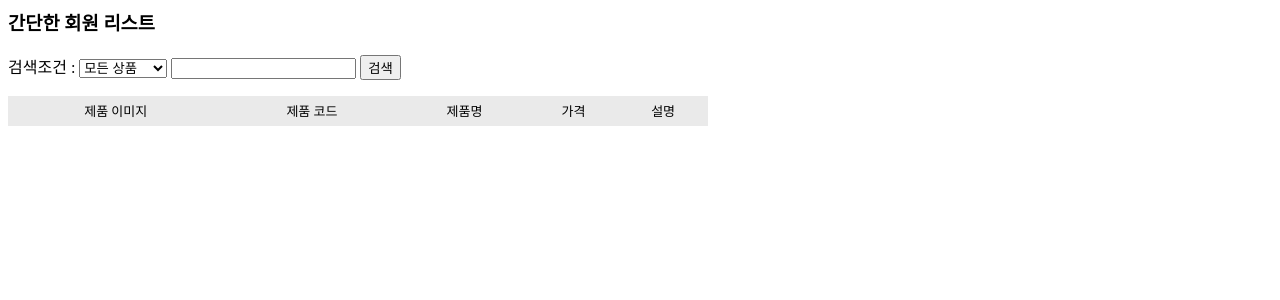
Repository: sjeong12/Photos
Page: http://localhost/LSJ_PHOTO/admin/productList.jsp
The author's editor kept a copy of each file at every save. The page is drawn from the files as they stood at one save, then again after the next save.
The browser window is 1280 px wide. The pictures show the whole page.
The page is served by Tomcat 9. Other server files are loaded and not shown. Queries for data that is not in the repository find no rows.

Above is the page before, as saved 2016-12-07 05:55:04.

### LSJ_PHOTO/WebContent/admin/productList.jsp
<%@ page language="java" import="java.sql.*" contentType="text/html; charset=utf-8" pageEncoding="utf-8" %>
<% request.setCharacterEncoding("utf-8"); %>
<HTML><HEAD>
<TITLE>간단한 회원 리스트</TITLE></HEAD>
<H3>간단한 회원 리스트</H3>

<BODY>

<%
    //String in_usernm = request.getParameter("search_value");
    //if (in_usernm == null) in_usernm = "";

    String in_search_key   = request.getParameter("search_key");
	String in_search_value = request.getParameter("search_value");
    //  페이지 번호 – 없으면(처음) 1, 아니면 전달 받은 페이지
    String strPageNum = request.getParameter("PageNum");     // paging
    // 표시할 목록의 개수 – 없으면 지정하여 사용
  	String strPageSize = request.getParameter("PageSize");   // paging
  	if (in_search_key   == null) in_search_key   = "";
 	if (in_search_value == null) in_search_value = "";
    if (strPageNum == null) strPageNum = "1";        // paging
    if (strPageSize == null) strPageSize = "10";      // paging    이 크기는 화면 사이즈에 따라 다름
    int currentPage = Integer.parseInt(strPageNum);  // paging  현재 선택 페이지 값 INT 로 변경
    int pageSize = Integer.parseInt(strPageSize);     // paging    목록의 갯수 INT로 변경
%>

<FORM NAME = frm_s  ACTION="deleteProduct.jsp" METHOD=post>
검색조건 : <SELECT NAME=search_key>

<OPTION VALUE = ""
	<%
 	     if (in_search_key.equals("")) out.print(" selected");
	%>
    >모든 상품</OPTION>
<OPTION VALUE = "1"
	<%
 	     if (in_search_key.equals("1")) out.print(" selected");
	%>
    >액자</OPTION>
<OPTION VALUE = "2"
    <%
         if (in_search_key.equals("2")) out.print(" selected");
    %>
  >앨범</OPTION>
 <OPTION VALUE = "3"
    <%
         if (in_search_key.equals("3")) out.print(" selected");
    %>
  >디자인 소품</OPTION>


   </SELECT>
 <INPUT TYPE=text NAME=search_value VALUE="<%= in_search_value %>">
<INPUT TYPE=submit VALUE="검색">
</FORM>




<TABLE border = "0" cellspacing = "0" cellpadding = "2" width = "700">

<TR bgcolor = "EAEAEA" height="30">
<TD><font size = 2><center>제품 이미지</center></font></TD>
<TD><font size = 2><center>제품 코드</center></font></TD>
<TD><font size = 2><center>제품명</center></font></TD>
<TD><font size = 2><center>가격</center></font></TD>
<TD><font size = 2><center>설명</center></font></TD>
</TR>
<%
Class.forName("com.microsoft.sqlserver.jdbc.SQLServerDriver");
String connectionURL = "jdbc:sqlserver://localhost:1433;databaseName=DBPstudio;user=sa;password=11";
Connection con = DriverManager.getConnection(connectionURL);

ResultSet rs = null;   // 데이터 베이스에서 가져온 정보를 저장하는 객체
ResultSet rs2 = null;      // paging    rs 객체 하나 더 생성

     Statement stmt = con.createStatement();
   //String SQL = "select userid, usernm, gender, jumin, jobcd from members order by userid";


     String SQL = "SELECT * ";

if (in_search_key.equals("")){
	SQL = SQL + "from Product ";
    SQL = SQL + "where Product_Name LIKE '%" + in_search_value + "%'";
    SQL = SQL + "or Product_Code Like '%" + in_search_value + "%' ";
}
else if (in_search_key.equals("1")){
	SQL = SQL + "from Product P, Sub_Category S ";
    SQL = SQL + "where (P.Product_Name LIKE '%" + in_search_value + "%' ";
    SQL = SQL + "or P.Product_Code Like '%" + in_search_value + "%') ";
    SQL = SQL + "and (P.SubCategory_Num = S.Sub_Category_Num) ";
	SQL = SQL + "and (S.Category_Num = '1') ";
}
else if (in_search_key.equals("2")){
	SQL = SQL + "from Product P, Sub_Category S ";
    SQL = SQL + "where (P.Product_Name LIKE '%" + in_search_value + "%' ";
    SQL = SQL + "or P.Product_Code Like '%" + in_search_value + "%') ";
    SQL = SQL + "and (P.SubCategory_Num = S.Sub_Category_Num) ";
	SQL = SQL + "and (S.Category_Num = '2') ";
}
else if (in_search_key.equals("3")){
	SQL = SQL + "from Product P, Sub_Category S ";
    SQL = SQL + "where (P.Product_Name LIKE '%" + in_search_value + "%' ";
    SQL = SQL + "or P.Product_Code Like '%" + in_search_value + "%') ";
	SQL = SQL + "and (P.SubCategory_Num = S.Sub_Category_Num) ";
	SQL = SQL + "and (S.Category_Num = '3') ";
}
	SQL = SQL + "order by Product_Name ";


     // 페이징을 이용하기 위한 MSSQL 함수로 페이지를 계산한다.
     String SQL2 = SQL;                             //  위의 기존 SQL 에 더 추가       // paging
     SQL2 = SQL2 + "OFFSET "+ ( currentPage - 1 ) * pageSize + " ROWS ";   // paging
     SQL2 = SQL2 + "FETCH NEXT " + pageSize + " ROWS ONLY ";                // paging
       // 전체 카운트를 가져오기위한 sql을 실행해야한다.
      rs2 = stmt.executeQuery(SQL);   // select 문                             //paging
      int totalRecords = 0;                                                             //paging
      while(rs2.next()){       // 처음부터 끝까지                                  //paging
      totalRecords++;       // 전체 레코드 수 카운트                             //paging
      }


   // 페이지가 계산된 목록을 가져오는 SQL2를 실행한다.
      rs = stmt.executeQuery(SQL2);    //  SQL2=기존 SQL + 페이징 SQL      // paging

   while(rs.next())
   {
       String image= rs.getString("Product_Image");
       String code= rs.getString("Product_Code");
       String name= rs.getString("Product_Name");
       int price= rs.getInt("product_Price");
       String Info= rs.getString("Product_Info");

   %>
      <TR onmouseover="this.style.backgroundColor='orange';"
      onmouseout="this.style.backgroundColor='white'; " >  <TD>
      <a href="member_update.jsp?puserid=<%= code %>">
      <img src="/LSJ_PHOTO/productImage/<%= image %>" border="0" width="100"/>
      </a>
      </TD>
               <TD><font size = 2> <%= code%> </font></TD>
               <TD><font size = 2> <%= name%> </font></TD>
               <TD><font size = 2> &nbsp;&nbsp;<%= price %>&nbsp;&nbsp; </font></TD>
               <TD><font size = 2> <%= Info%> </font></TD> </TR>
   <% } %>

</TABLE>
<%
int intTotPages= 0; // 총 페이지 수 계산
int intR= totalRecords % pageSize;   // 6 % 3 = 0
if(intR == 0) {
intTotPages = totalRecords / pageSize;
}
else  {   // 7 % 3 != 0
intTotPages = totalRecords / pageSize + 1;  // 나머지가 0 아니면 총 페이지수는 몫 + 1
}

int intGrpSize  = 2; // 그룹 수 설정 - 화면에 보여질 그룹  수
int currentGrp  = 0; // 현 그룹 No.
intR= currentPage % intGrpSize;     // 3 % 2 = ?
if(intR == 0) {
currentGrp= currentPage / intGrpSize;  //4/2=2 그룹
}
else  {   // 3/2 =1 +1 =2그룹
currentGrp= currentPage / intGrpSize + 1;
}
//Page 282
int intGrpStartPage= (currentGrp  - 1) * intGrpSize + 1;   // 2그룹일 때 (2-1)*2+1=3
int intGrpEndPage=  currentGrp * intGrpSize;                  // 2그룹일 때  2*2=4
if (intGrpEndPage > intTotPages){    //  그룹의 끝 페이지가 총 페이지수보다 크면
intGrpEndPage= intTotPages;           //  끝 페이지 수가 총 페이지 수
}

if (currentGrp > 1){    //  그룹 2부터는 이전 페이지 표시
%>
 [<A href="deleteProduct.jsp?PageNum=<%= intGrpStartPage - 1 %>">이전</A>]
<%                                                               // 이전 이니까 -1
}

int intGrpPageCount= intGrpSize; // 그룹 당 페이지 수
int intIndex= intGrpStartPage; // 현 그룹 시작 페이지
while (intGrpPageCount > 0 && intIndex <= intGrpEndPage){
%>
[<A href="deleteProduct.jsp?PageNum=<%= intIndex %>"><%= intIndex %></A>] &nbsp;
<%
intIndex = intIndex + 1;
intGrpPageCount  = intGrpPageCount - 1;
}
if (intIndex <= intTotPages){  // 다음 그룹이 있으면
%>
[<A href="deleteProduct.jsp?PageNum=<%= intIndex %>">다음</A>]
<%
}

stmt.close();
rs.close();
rs2.close();
con.close();

%>

</BODY>

After the next save:
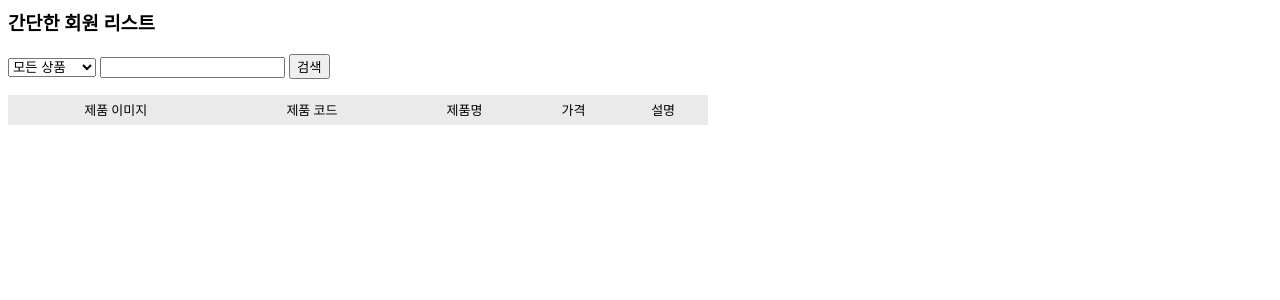
Saved 25 s later.
--- a/LSJ_PHOTO/WebContent/admin/productList.jsp
+++ b/LSJ_PHOTO/WebContent/admin/productList.jsp
@@ -25,7 +25,7 @@
 %>
 
 <FORM NAME = frm_s  ACTION="deleteProduct.jsp" METHOD=post>
-검색조건 : <SELECT NAME=search_key>
+<SELECT NAME=search_key>
 
 <OPTION VALUE = ""
 	<%
